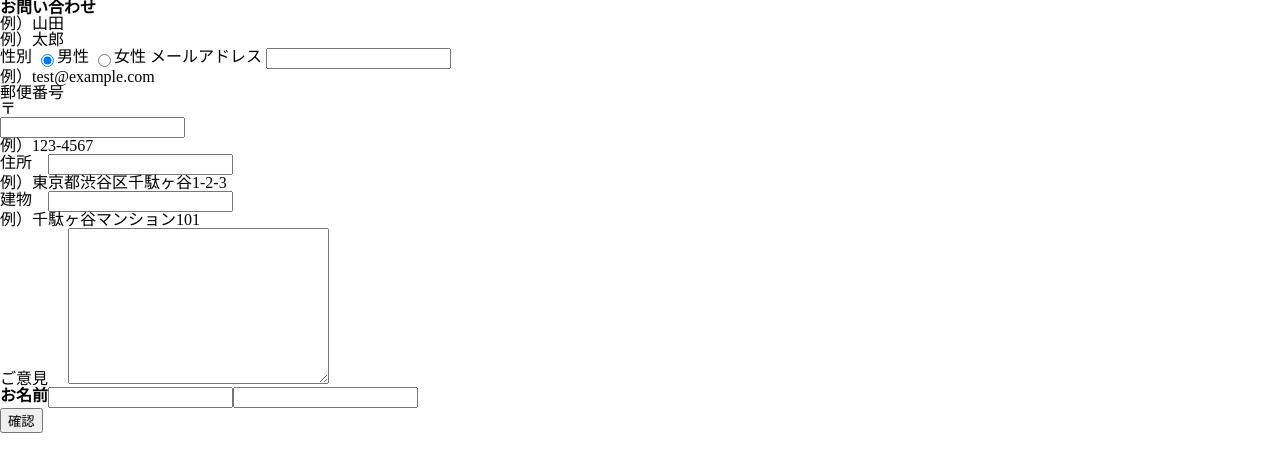
Repository: 1000sky/20220728majima
Page: http://localhost/
The author's editor kept a copy of each file at every save. The page is drawn from the files as they stood at one save, then again after the next save.
The browser window is 1280 px wide. The pictures show the whole page.
The page is served by the project's Laravel application, run on PHP 8.4 with Laravel 8. Other server files are loaded and not shown.

Above is the page before, as saved 2022-07-27 23:42:42.

### advance-test/routes/web.php
<?php

use Illuminate\Support\Facades\Route;
use App\Http\Controllers\ContactController;

/*
|--------------------------------------------------------------------------
| Web Routes
|--------------------------------------------------------------------------
|
| Here is where you can register web routes for your application. These
| routes are loaded by the RouteServiceProvider within a group which
| contains the "web" middleware group. Now create something great!
|
*/

/*Route::get('/', function () {
    return view('welcome');
});*/

Route::get('/', [ContactController::class, 'index']);
Route::post('/', [ContactController::class, 'post']);

Route::get('/contact', [ContactController::class, 'contact']);
Route::post('/create', [ContactController::class, 'create']);


Route::get('/confirmation',[ContactController::class, 'confirmation']);

Route::get('/management', [ContactController::class, 'page']);

### advance-test/app/Http/Controllers/ContactController.php
<?php

namespace App\Http\Controllers;

use Illuminate\Http\Request;
use App\Http\Requests\ClientRequest;
use App\Models\Contact;

class ContactController extends Controller
{
    public function index(Request $request)
    {
        return view('contact');
    }

    public function post(ClientRequest $request)
    {
        return view('contact');
    }

    public function contact()
    {
        $items = Contact::all();
        return view('contact', ['items' => $items]);
    }

    public function create(Request $request)
    {
        $this->validate($request, Contact::$rules);
        $form = $request->all();
        Contact::create($form);
        return redirect('/create');
    }


    //confirmation
    public function confirmation()
    {
        $items = Contact::all();
        return view('confirmation', ['items' => $items]);
    }

    //management
    public function management()
    {
        $items = Contact::all();
        return view('management', ['items' => $items]);
    }
    public function search(Request $request)
    {
        $item = Contact::where('name','gender','created_at','LIKE BINARY',"%{$request->input}%")->get();
        $param = [
            'input' => $request->input,
            'item' => $item
        ];
        return view('management', $param);
    }

    public function page()
    {
        $items = Contact::Paginate(10);
        return view('management', ['items' => $items]);
    }

}

### advance-test/resources/views/contact.blade.php
<!DOCTYPE html>
<html lang="ja">
<head>
    <meta charset="UTF-8">
    <meta name="viewport" content="width=device-width, initial-scale=1.0">
    <meta http-equiv="X-UA-Compatible" content="ie=edge">
    <title>Advance-Test</title>
    <link rel="stylesheet" href="css/reset.css" />
    <link rel="stylesheet" href="css/contact.css" />
</head>
<body>
    <h1>お問い合わせ</h1>

    @if (count($errors) > 0)
    <ul>
      @foreach ($errors->all() as $error)
        <li>{{$error}}</li>
      @endforeach
    </ul>
    @endif

    <form action="/create" method="POST">

      <table>
        @csrf
        <tr>
        <th><label>お名前</label></th>

        <td><input type="text" name="fullname"></td><td><input type="text" name="fullname"></td>
            <p>例）山田</p><P>例）太郎</P>
        </tr>

        @if ($errors->has('fullname'))
        <tr>
          <th>ERROR</th>
          <td>
            {{$errors->first('fullname')}}
          </td>
        </tr>
        @endif

        <tr>
        <label>
            性別
                <input type="radio" name="gender" checked="checked"><label for="">男性</label>
                <input type="radio" name="gender"><label for="">女性</label>
        </label>
        </tr>
        @if ($errors->has('gender'))
        <tr>
          <th>ERROR</th>
          <td>
            {{$errors->first('gender')}}
          </td>
        </tr>
        @endif

        <tr>
        <label for="">
            メールアドレス <input type="text"><P>例）test@example.com</P>
        </label>
        </tr>
        @if ($errors->has('email'))
        <tr>
          <th>ERROR</th>
          <td>
            {{$errors->first('email')}}
          </td>
        </tr>
        @endif

        <tr>
        <label for="">
            郵便番号　<div>〒</div> <input type="text"><p>例）123-4567</p>
        </label>
        </tr>

        <tr>
        <label for="">
            住所　<input type="text" style="ime-mode:disabled;"><p>例）東京都渋谷区千駄ヶ谷1-2-3</p>
        </label>
        </tr>

        <tr>
        <label for="">
            建物　<input type="text"><p>例）千駄ヶ谷マンション101</p>
        </label>
        </tr>

        <tr>
        <label for="">
            ご意見　 <textarea name="opinion" cols="30" rows="10"></textarea>
        </label>
        </tr>
      </table>


        <button type="submit">確認</button>
 {{--       <!--同じページでリンク先が開く-->
<input type="button" value="リンク" onClick="location.href='http://google.com'">

 <!--新しいタブでリンク先が開く-->
<input type="button" value="リンク" onClick="window.open('http://google.com')">
--}}


{{-- <FORM>
    テキストボックス
    <input type="text" value="" onInput="checkForm(this)">

    テキストエリア
    <textarea rows="2" onInput="checkForm(this)"></textarea>
    </FORM>

    <script type="text/javascript">
    <!--
    function checkForm($this)
    {
        var str=$this.value;
        while(str.match(/[^A-Z^a-z\d\-]/))
        {
            str=str.replace(/[^A-Z^a-z\d\-]/,"");
        }
        $this.value=str;
    }
    //-->
    </script>

    --}}

    </form>


</body>
</html>

Loaded but not shown: advance-test/app/Http/Controllers/Controller.php (common file); advance-test/public/css/reset.css (common file)

After the next save:
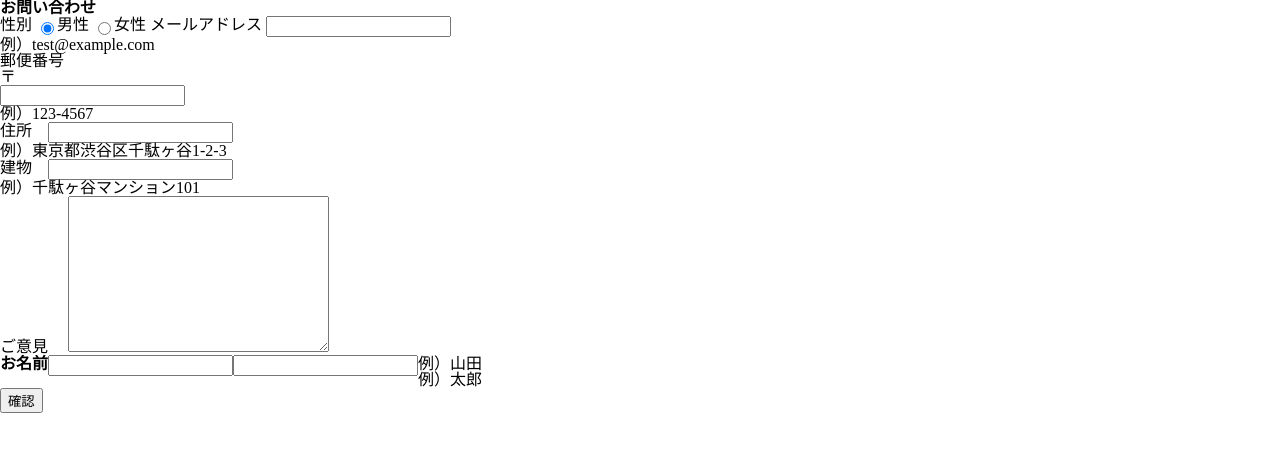
Saved 51 s later.
--- a/advance-test/resources/views/contact.blade.php
+++ b/advance-test/resources/views/contact.blade.php
@@ -27,7 +27,7 @@
         <th><label>お名前</label></th>
 
         <td><input type="text" name="fullname"></td><td><input type="text" name="fullname"></td>
-            <p>例）山田</p><P>例）太郎</P>
+        <td><p>例）山田</p><p>例）太郎</p></td>
         </tr>
 
         @if ($errors->has('fullname'))
